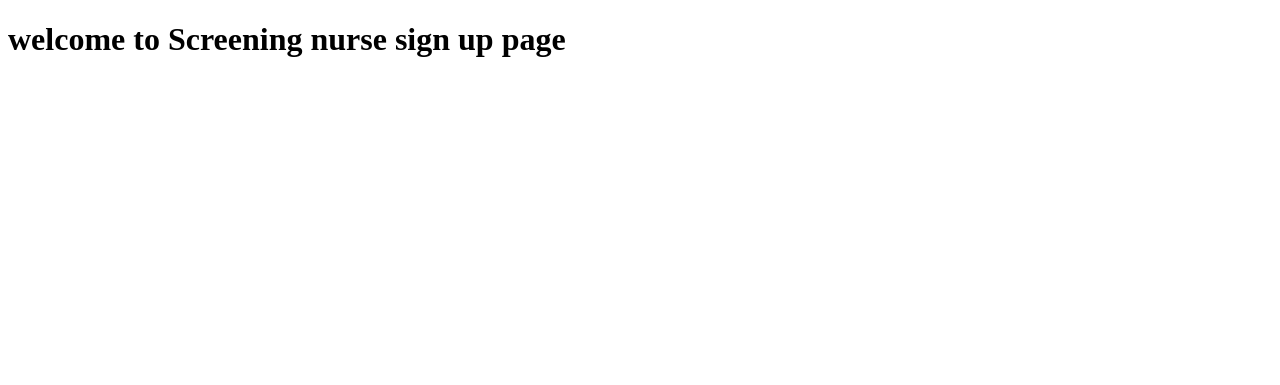
Repository: OmarAl-Saleh/Hospital-Emergency-System
Page: http://localhost/EmergencySystem/screening_nurse/sign-up.jsp
These files come from the project's save history. The page is drawn as it stood at one moment and after the next save; the edit follows.
The browser window is 1280 px wide. The pictures show the whole page.
The page is served by Tomcat 9.

Above is the page before, as saved 2024-05-22 13:16:53.

After the next save:
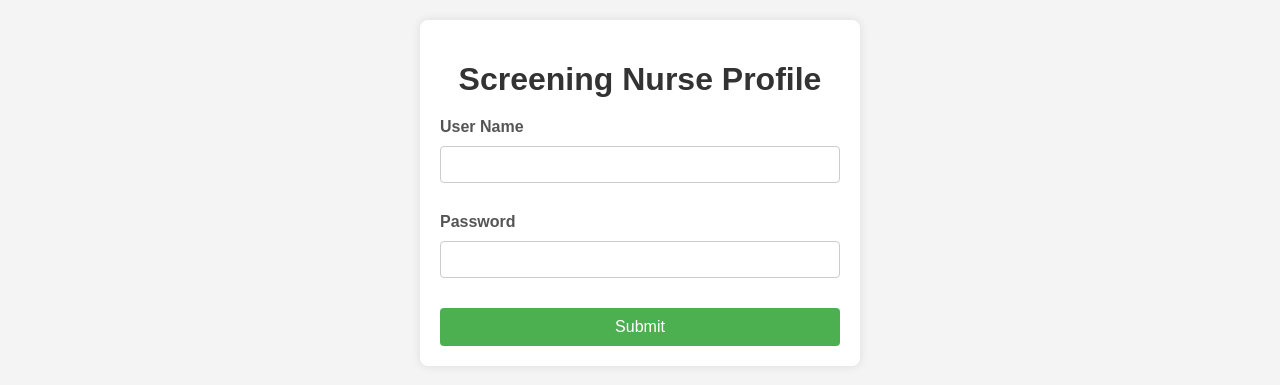
Saved 42 s later.
--- a/EmergencySystem/EmergencySystem/src/main/webapp/screening_nurse/sign-up.jsp
+++ b/EmergencySystem/EmergencySystem/src/main/webapp/screening_nurse/sign-up.jsp
@@ -1,12 +1,81 @@
-<%@ page language="java" contentType="text/html; charset=ISO-8859-1"
-    pageEncoding="ISO-8859-1"%>
 <!DOCTYPE html>
 <html>
 <head>
-<meta charset="ISO-8859-1">
-<title>Screening nurse sign up page</title>
+    <meta charset="ISO-8859-1">
+    <title>Department Nurse Profile Form</title>
+    <style>
+        body {
+            font-family: Arial, sans-serif;
+            background-color: #f4f4f4;
+            margin: 0;
+            padding: 20px;
+        }
+
+        form {
+            background-color: white;
+            padding: 20px;
+            border-radius: 8px;
+            box-shadow: 0 0 10px rgba(0, 0, 0, 0.1);
+            max-width: 400px;
+            margin: auto;
+        }
+
+        h1 {
+            text-align: center;
+            color: #333;
+            margin-bottom: 20px;
+        }
+
+        label {
+            display: block;
+            margin-bottom: 10px;
+            font-weight: bold;
+            color: #555;
+        }
+
+        input[type="text"], input[type="password"], input[type="email"], input[type="tel"] {
+            width: 100%;
+            padding: 10px;
+            margin-bottom: 15px;
+            border: 1px solid #ccc;
+            border-radius: 4px;
+            box-sizing: border-box;
+        }
+
+        input[type="submit"] {
+            background-color: #4CAF50;
+            color: white;
+            border: none;
+            padding: 10px 20px;
+            cursor: pointer;
+            border-radius: 4px;
+            width: 100%;
+            font-size: 16px;
+        }
+
+        input[type="submit"]:hover {
+            background-color: #45a049;
+        }
+
+        .form-group {
+            margin-bottom: 15px;
+        }
+    </style>
 </head>
 <body>
-<h1>welcome to Screening nurse sign up page</h1>
+    <form action="screening_nurse" method="post">
+        <h1>Screening Nurse Profile</h1>
+
+        <input type="hidden" name="source" value="sign-up"/>
+        <div class="form-group">
+            <label for="name">User Name</label>
+            <input type="text" id="name" name="name" required/>
+        </div>
+        <div class="form-group">
+            <label for="password">Password</label>
+            <input type="password" id="password" name="password" required/>
+        </div>
+        <input type="submit" value="Submit"/>
+    </form>
 </body>
 </html>
